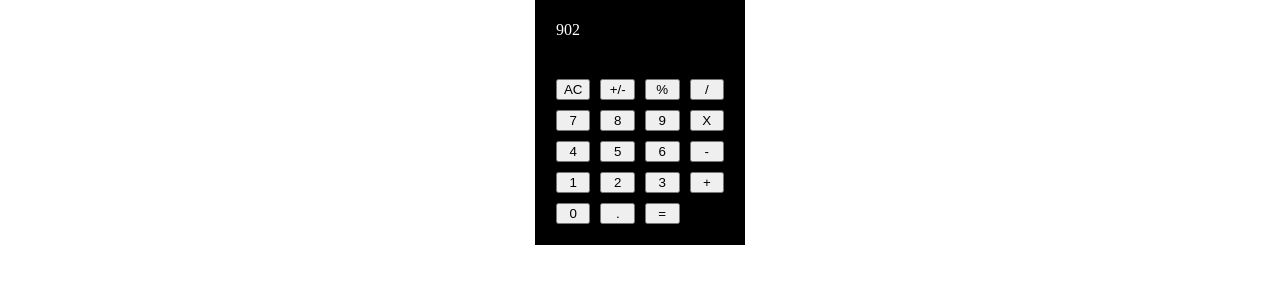
Repository: dmpelaez/calculator
Page: Calculator.html
The author's editor kept a copy of each file at every save. The page is drawn from the files as they stood at one save, then again after a run of saves.
The browser window is 1280 px wide. The pictures show the whole page.

Above is the page before, as saved 2025-12-15 19:51:53.

### Calculator.html
<!DOCTYPE html>

  <html>
    <head>

      <title>Calculator</title>

      <!--CSS-->
      <link rel="stylesheet" href="Calculator.css">

    </head>
    <body>
      <!--Container-->
      <main class="container">

        <!--Sections-->
        <section class="Section">

          <!--Input section-->
          <div class="inputSection">902</div>

          <!--Btns section-->
          <div class="btnSection">
            <button class="btn cancel">AC</button>
            <button class="btn signs">+/-</button>
            <button class="btn rmnder">%</button>
            <button class="btn divide">/</button>
            <button class="btn seven">7</button>
            <button class="btn eight">8</button>
            <button class="btn nine">9</button>
            <button class="btn times">X</button>
            <button class="btn four">4</button>
            <button class="btn five">5</button>
            <button class="btn six">6</button>
            <button class="btn minus">-</button>
            <button class="btn one">1</button>
            <button class="btn two">2</button>
            <button class="btn three">3</button>
            <button class="btn plus">+</button>
            <button class="btn zero">0</button>
            <button class="btn dot">.</button>
            <button class="btn equal">=</button>
          </div>
        </section>


      </main>

      <script src="Calculator.js"></script>
    </body>

  </html>

### Calculator.css
body {
  margin: 0;
  padding: 0;
  box-sizing: border-box;
  display: flex;
  align-items: center;
  justify-content: center;

}

.Section {
display: flex;
flex-direction: column;
border: 1px solid black;

gap: 20px;
background: black;
}
.inputSection {
  color: white;
  padding: 20px;
  padding-bottom: 0px;
}
.btnSection {
  display: grid;
  grid-template-columns: 1fr 1fr 1fr 1fr;
  padding: 20px;
  gap: 10px;
}

Loaded but not shown: Calculator.js (no stored copy; drawn as an empty file)

After the next 2 saves:
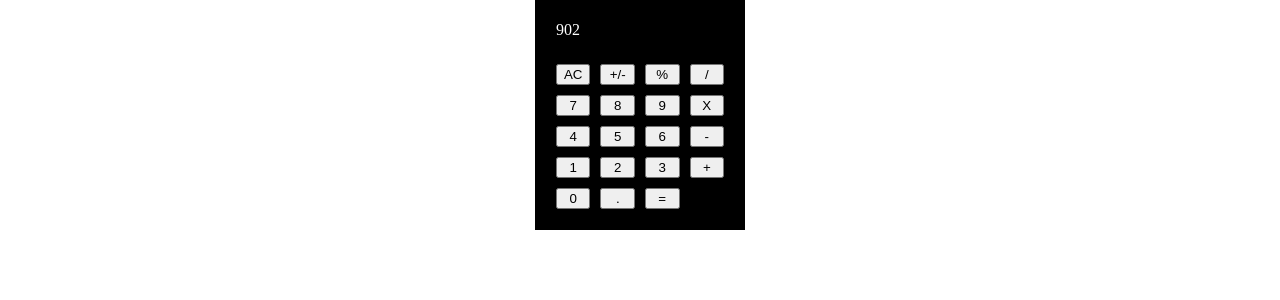
The 2 saves are shown as one change because they came seconds apart.
The last was saved 13 s later.
--- a/Calculator.css
+++ b/Calculator.css
@@ -26,4 +26,5 @@ background: black;
   grid-template-columns: 1fr 1fr 1fr 1fr;
   padding: 20px;
   gap: 10px;
+  padding-top: 5px;
 }
